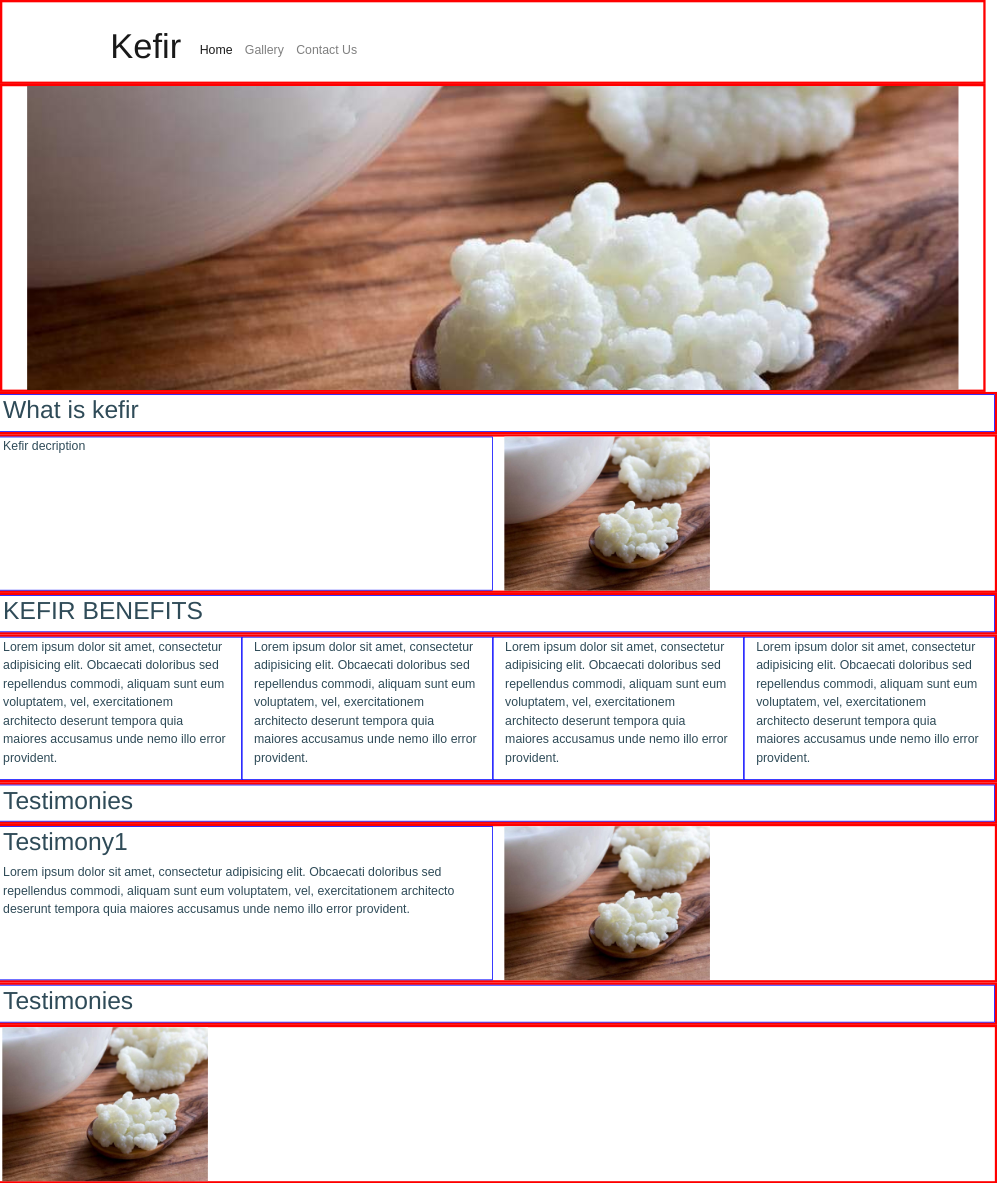
Repository: andna5980/kefir-web
Page: src/index.html
These files come from the project's save history. The page is drawn as it stood at one moment and after the next save; the edit follows.
The browser window is 1280 px wide. The page is 1295 px wide, so the pictures cover 1295 px, including what lies to the right of the window. The pictures show the whole page, at 77% of full size.
Some web fonts or font styles are not loaded; a fallback is used. Some web libraries are served in a nearby version.

Above is the page before, as saved 2021-02-28 12:28:01.

After the next save:
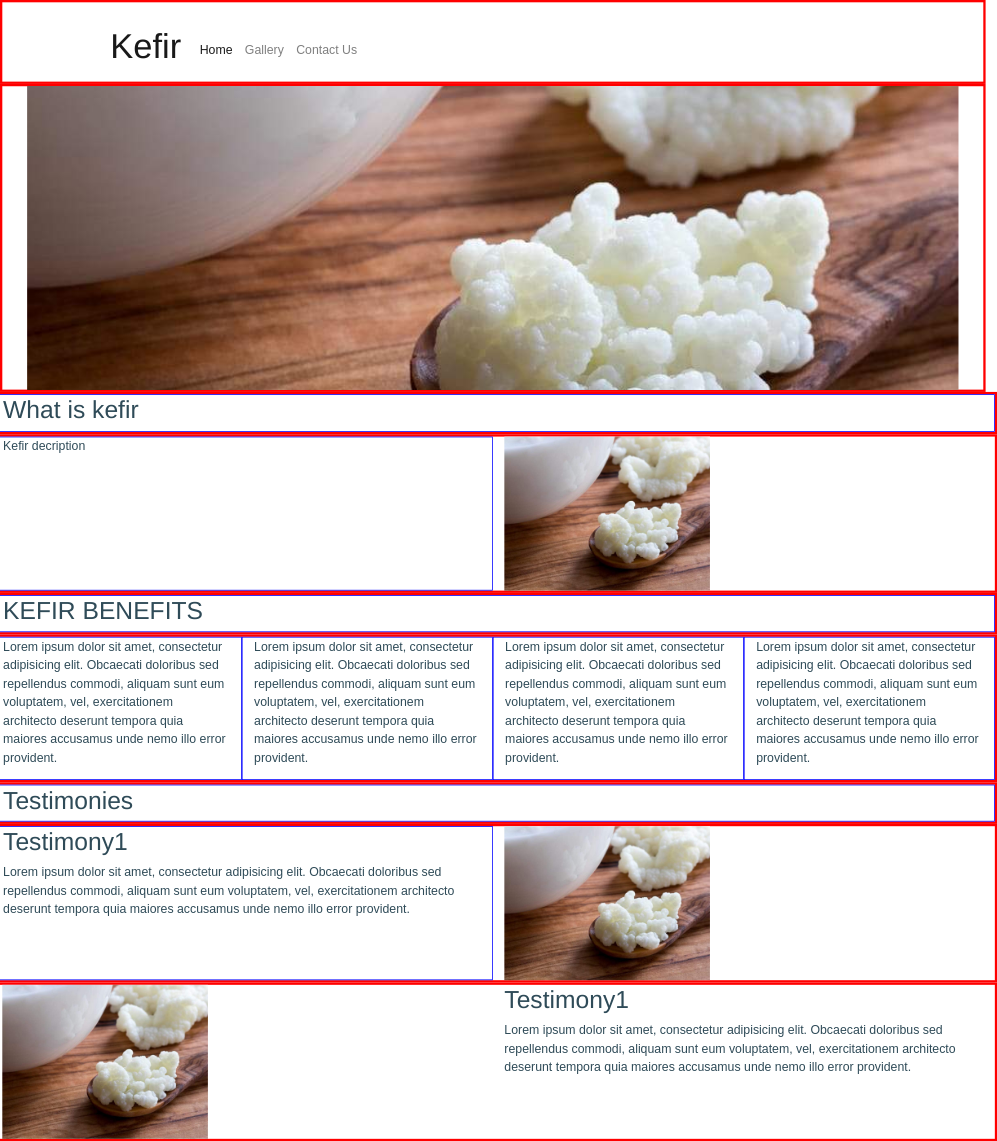
Saved 3 min 20 s later.
--- a/src/index.html
+++ b/src/index.html
@@ -104,7 +104,7 @@
     </div>
   </section>
 
-  <!--------------------Testimonies-------------------------------------->
+  <!--------------------Testimonies header-------------------------------------->
 
   <section>
     <div class=" test-red row">
@@ -119,29 +119,27 @@
         <p>Lorem ipsum dolor sit amet, consectetur adipisicing elit. Obcaecati doloribus sed repellendus commodi,
           aliquam sunt eum voluptatem, vel, exercitationem architecto deserunt tempora quia maiores accusamus
           unde nemo illo error provident.</p>
-
       </div>
 
       <div class="col-6">
         <img src="../src/assets/images/milk-kefir-grains-spoon_1024x1024.jpg" alt="kefir-products" height="200">
       </div>
     </div>
-  </section>
 
-  <section>
-    <div class=" test-red row">
-      <div class=" test-blue col-12">
-        <h2>Testimonies</h2>
+    <div class="test-red row">
+      <div class="col-6">
+        <img src="../src/assets/images/milk-kefir-grains-spoon_1024x1024.jpg" alt="kefir-products" height="200">
+      </div>
+      <div class="col-6">
+        <h2>Testimony1</h2>
+        <p>Lorem ipsum dolor sit amet, consectetur adipisicing elit. Obcaecati doloribus sed repellendus commodi,
+          aliquam sunt eum voluptatem, vel, exercitationem architecto deserunt tempora quia maiores accusamus
+          unde nemo illo error provident.</p>
       </div>
     </div>
 
-    <div class=" test-red row">
+  </section>
 
-      <div class="col-6">
-        <img src="../src/assets/images/milk-kefir-grains-spoon_1024x1024.jpg" alt="kefir-products" height="200">
-      </div>
-    </div>
-  </section>
 
 
 </body>
